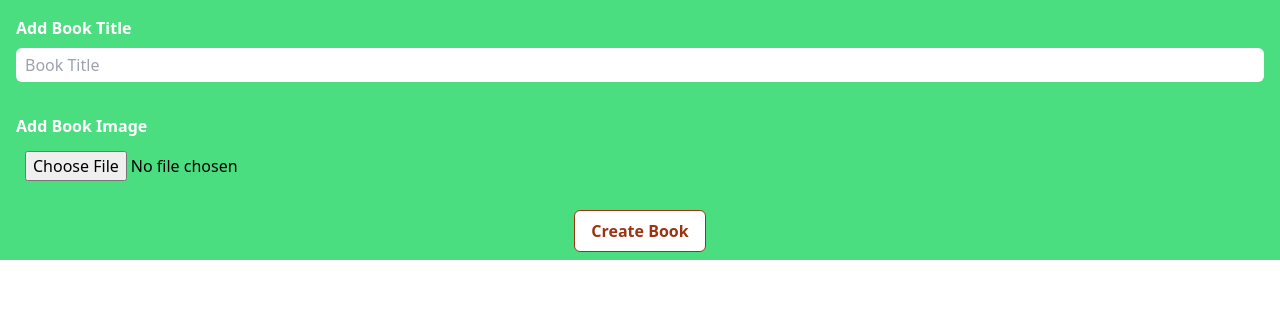
Repository: Marhamat92/booksappwithcontext
Page: /
These files come from the project's save history. The page is drawn as it stood at one moment and after the next save; the edit follows.
The browser window is 1280 px wide. The pictures show the whole page.
The project was rebuilt for these pictures with package versions that can differ from the ones it lists, and the page was loaded fresh each time. Also part of the build but not shown: src/App.css.

Above is the page before, as saved 2022-12-07 14:51:31.

After the next save:
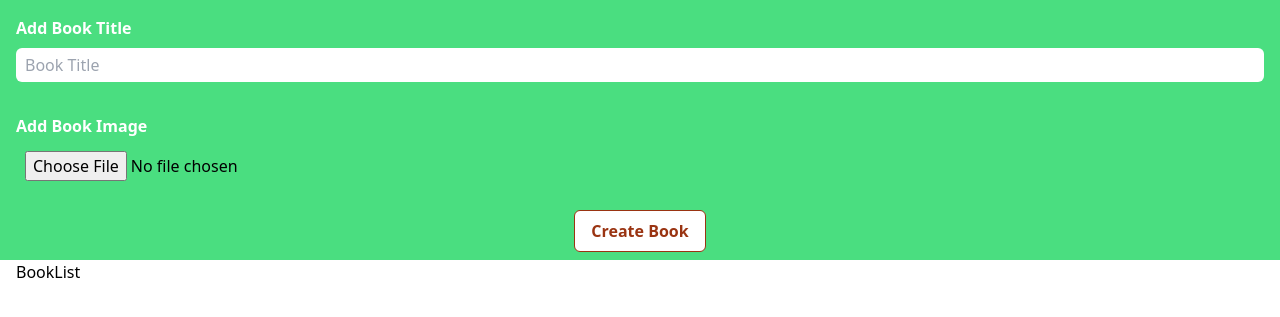
Saved 5 h 1 min later.
--- a/src/App.tsx
+++ b/src/App.tsx
@@ -1,5 +1,6 @@
 import { useState } from "react";
 import "./App.css";
+import BookList from "./components/Books/BookList";
 import MainButton from "./components/Buttons/MainButton";
 import ImageInput from "./components/Inputs/ImageInput";
 import TextInput from "./components/Inputs/TextInput";
@@ -62,6 +63,9 @@ function App() {
           </div>
         </form>
       </div>
+      <div className='px-4'>
+        <BookList />
+      </div>
     </div>
   );
 }
